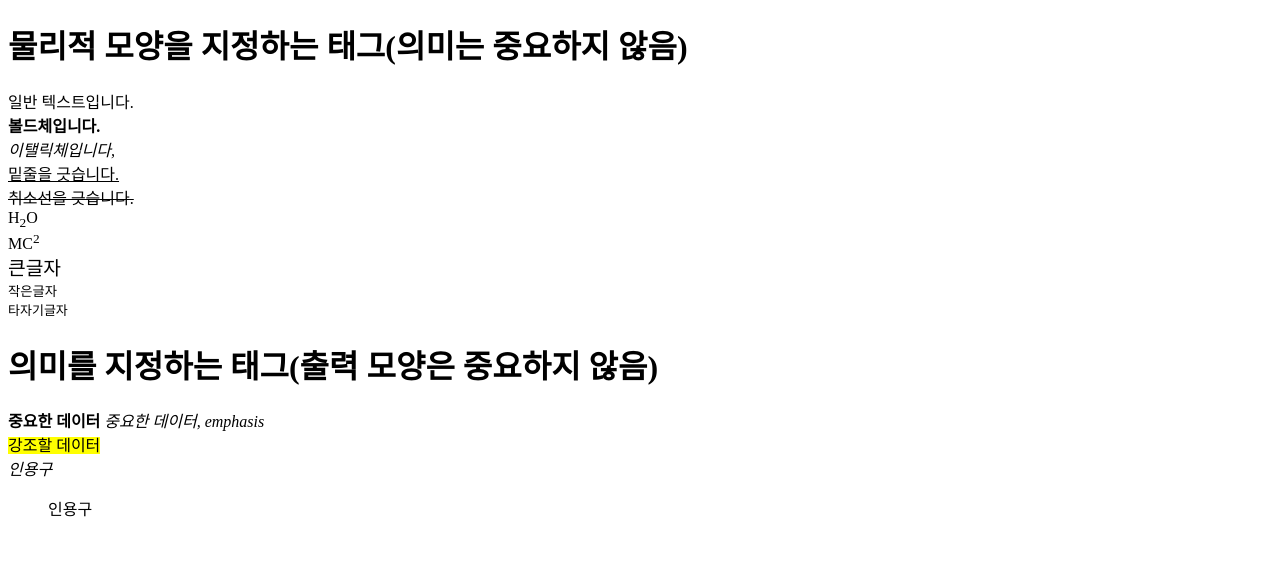
Repository: ssj5037/Class-Study
Page: [5] HTML, CSS, JavaScript/ClientTest/WebContent/Ex09_style.html
These files come from the project's save history. The page is drawn as it stood at one moment and after the next save; the edit follows.
The browser window is 1280 px wide. The pictures show the whole page.

Above is the page before, as saved 2020-06-19 01:11:10.

After the next save:
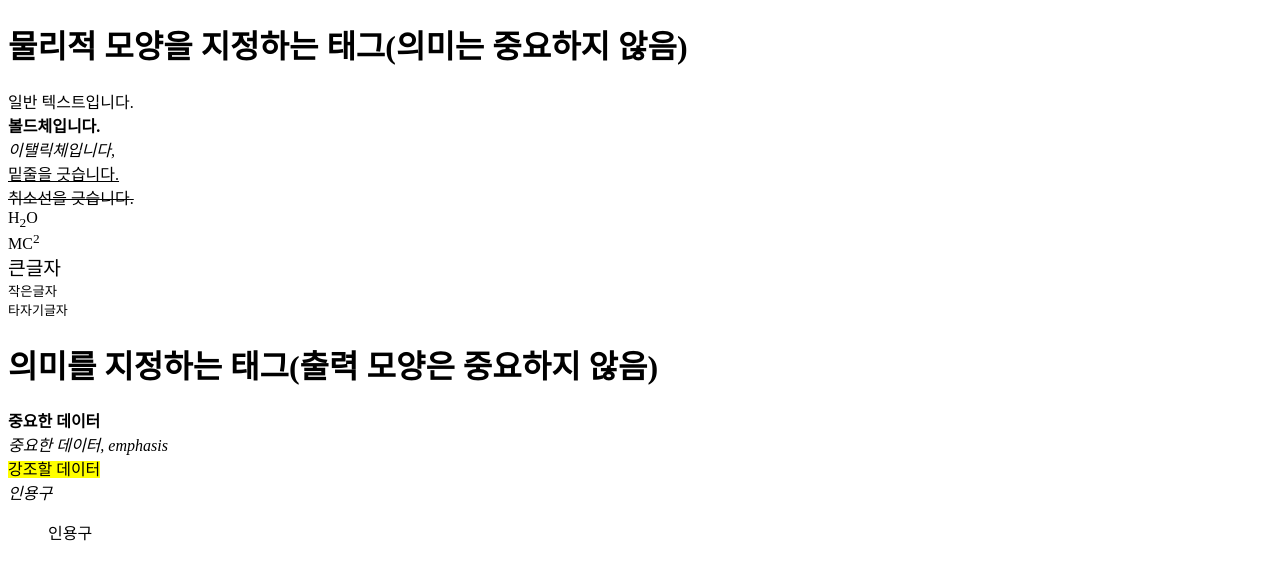
Saved 21 s later.
--- a/[5] HTML, CSS, JavaScript/ClientTest/WebContent/Ex09_style.html
+++ b/[5] HTML, CSS, JavaScript/ClientTest/WebContent/Ex09_style.html
@@ -24,7 +24,7 @@
 
 
 	<h1>의미를 지정하는 태그(출력 모양은 중요하지 않음)</h1>
-	<strong>중요한 데이터</strong>
+	<strong>중요한 데이터</strong><br>
 	<em>중요한 데이터, emphasis</em><br>
 	<mark>강조할 데이터</mark><br>
 	<cite>인용구</cite><br>
